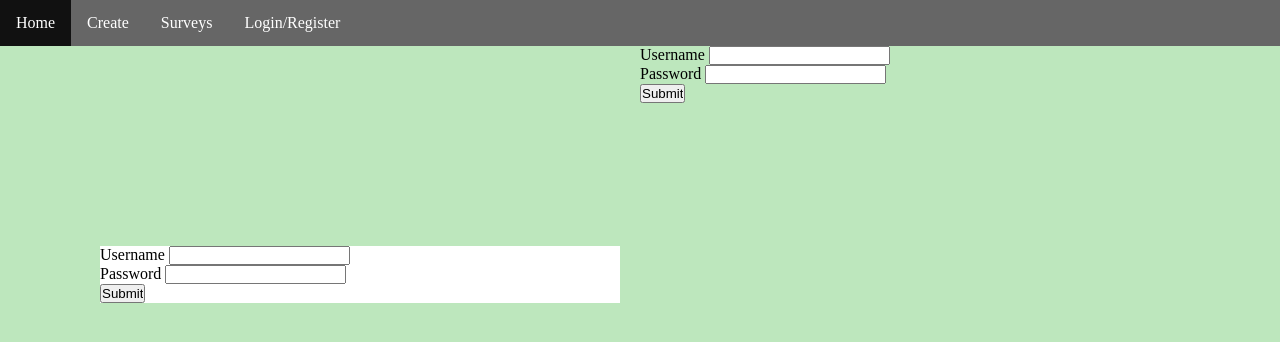
Repository: cakuang1/QuickSurveyReact
Page: /login
An editor plug-in stored every save of this project. The page is shown before and after a run of saves, followed by the edit.
The browser window is 1280 px wide. The pictures show the whole page.
The project was rebuilt for these pictures with package versions that can differ from the ones it lists, and the page was loaded fresh each time. Also part of the build but not shown: src/pages/create.js, src/pages/home.css, src/pages/home.js, src/pages/pastsurveys.js.

Above is the page before, as saved 2022-07-21 14:11:04.

### src/index.css
* {
  padding: 0;
  margin: 0;
}

body {


  background-color: rgb(189, 231, 189);



}

### src/App.js
import Create from './pages/create'
import Home from './pages/home'
import CreatedSurveys from './pages/pastsurveys'
import Nav from './components/Nav/Nav';
import Login from "./pages/login"

import {BrowserRouter,Route,Routes} from "react-router-dom";





function App() {
  return (
  <BrowserRouter>
    <Nav/>



    <Routes>
      <Route path='/' element = {<Home/>}></Route>
      <Route path = 'create' element = {<Create/>}></Route>
      <Route path = 'created' element = {<CreatedSurveys/>}></Route>
      <Route path = 'login' element = {<Login/>}></Route>
    </Routes>

  </BrowserRouter>

  );
}

export default App;

### src/components/Nav/Nav.js
import React,{useState} from "react";
import { NavLink } from "react-router-dom";
import './nav.css'



export default function Nav() {

    return (
        <div className="Nav">
            <ul>
                <li className="nav"><NavLink to = "/">Home</NavLink></li>
                <li className="nav"><NavLink to = "create">Create</NavLink></li>
                <li className="nav"><NavLink to = "created">Surveys</NavLink></li>
                <li className="nav"><NavLink to = "login">Login/Register</NavLink></li>
            </ul>
        </div>
    )




}

### src/pages/login.js
import React from 'react'
import './login.css'


function Loginform() {
  function handleSubmit() {




  }
  return (
    <div className='loginform'>
      <form>
        <div className="input-container">
          <label>Username </label>
          <input type="text" name="uname" required />

        </div>
        <div className="input-container">
          <label>Password </label>
          <input type="password" name="pass" required />

        </div>
        <div className="button-container">
          <input type="submit" />
        </div>
      </form>
    </div>
  )



}


function Registerform() {
  return (
  <div className='registerform'>
      <form>
        <div className="input-container">
          <label>Username </label>
          <input type="text" name="uname" required />

        </div>
        <div className="input-container">
          <label>Password </label>
          <input type="password" name="pass" required />

        </div>
        <div className="button-container">
          <input type="submit" />
        </div>
      </form>
  </div>
  )




}







export default function Login() {

  return (
    <div className='lrcontainer'>
      <div className='logincontainer'>
        <Loginform/>
      </div>
      <div className='registercontainer'>
        <Registerform/>
      </div>
    </div>

  )
}

### src/components/Nav/nav.css
ul {
    list-style-type: none;
    margin: 0;
    padding: 0;
    overflow: hidden;
    background-color: #666;
  }

  .nav {
    float: left;
  }

  .nav a {
    display: block;
    color: white;
    text-align: center;
    padding: 14px 16px;
    text-decoration: none;
  }



  /* Change the link color to #111 (black) on hover */
  .nav a:hover {
    background-color: #111;
  }

### src/pages/login.css
.lrcontainer {
    display: flex;
}

.logincontainer {
    width: 50%;
    height: 100%;

}

.loginform {
    background-color: white;
    margin: 200px 20px 20px 100px;

}


.registercontainer {
    width:50%
}

Loaded but not shown: public/index.html (common file); src/index.js (common file)

After the next 2 saves:
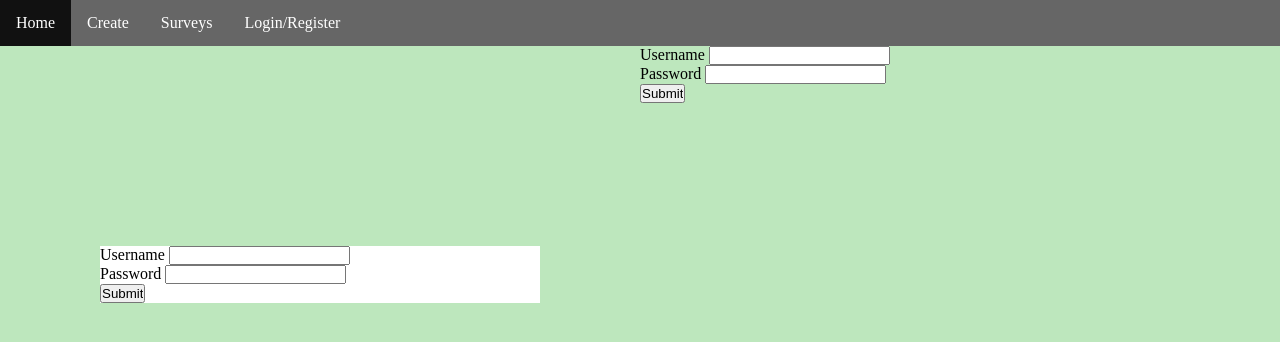
The 2 saves are shown as one change because they came seconds apart.
The last was saved 12 s later.
--- a/src/pages/login.css
+++ b/src/pages/login.css
@@ -10,7 +10,7 @@
 
 .loginform {
     background-color: white;
-    margin: 200px 20px 20px 100px;
+    margin: 200px 100px 20px 100px;
 
 }
 
